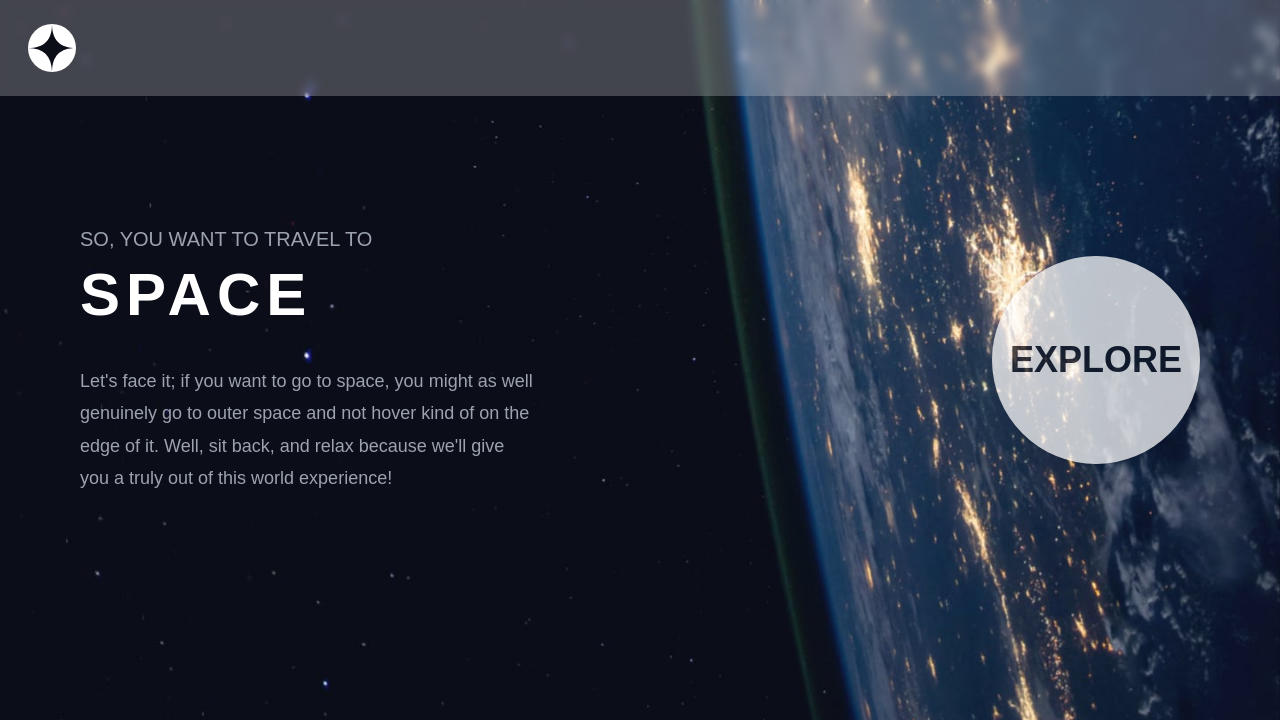
Repository: OmniaRafat232111121/Space-Toursim
Page: /
The author's editor kept a copy of each file at every save. The page is drawn from the files as they stood at one save, then again after a run of saves.
The browser window is 1280 px wide. The pictures show the whole page.
Some web fonts or font styles are not loaded; a fallback is used. The project was rebuilt for these pictures with package versions that can differ from the ones it lists, and the page was loaded fresh each time. Also part of the build but not shown: src/components/Destination.js, src/components/Crew.js, src/components/Technology.js, src/components/Error.js.

Above is the page before, as saved 2022-08-09 15:29:49.

After the next 4 saves:
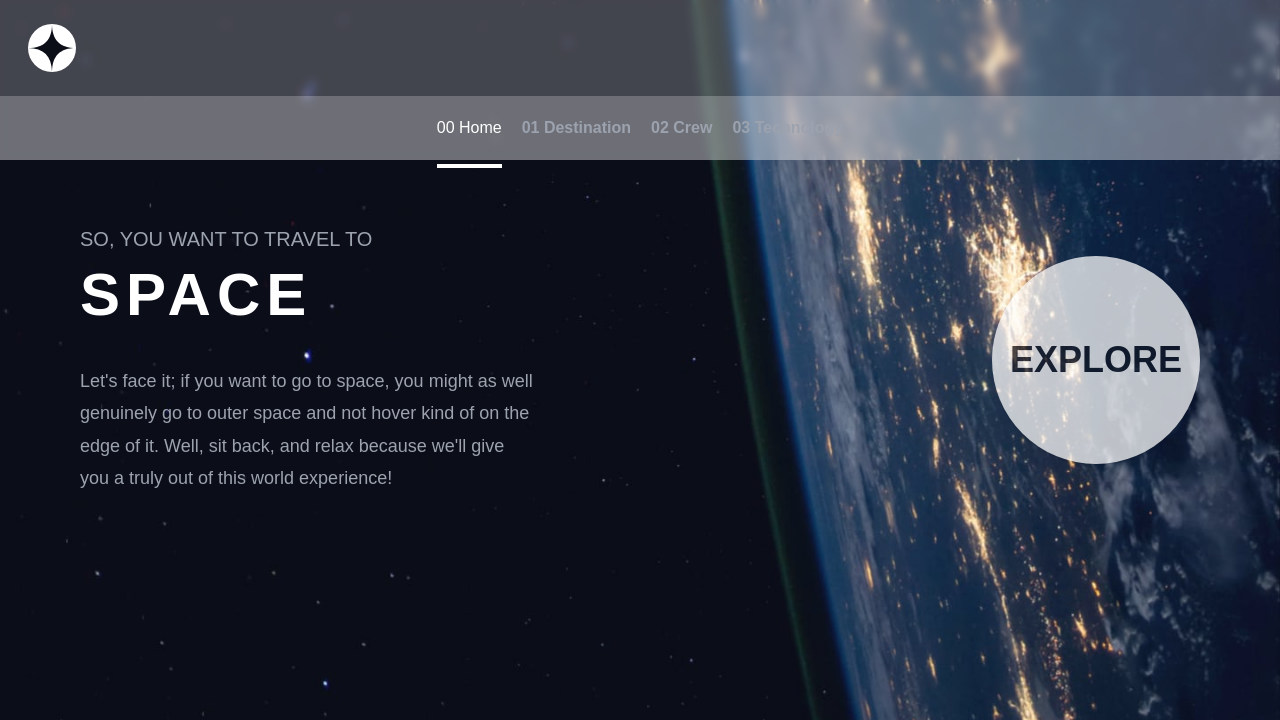
The 4 saves are shown as one change because 1 did not build or start and some came seconds apart.
The last was saved 21 s later.
--- a/src/index.css
+++ b/src/index.css
@@ -77,7 +77,7 @@
 }
 
 @media (min-width: 768px) {
-  /* .menu {
+  .menu {
     display: none;
   }
 
@@ -98,8 +98,8 @@
 
   .header nav ul li {
     margin: 0 10px;
-  } */
-} */
+  }
+}
 
 .home {
   background: url("./starter-code/assets/home/background-home-mobile.jpg")

After the 3 saves that followed:
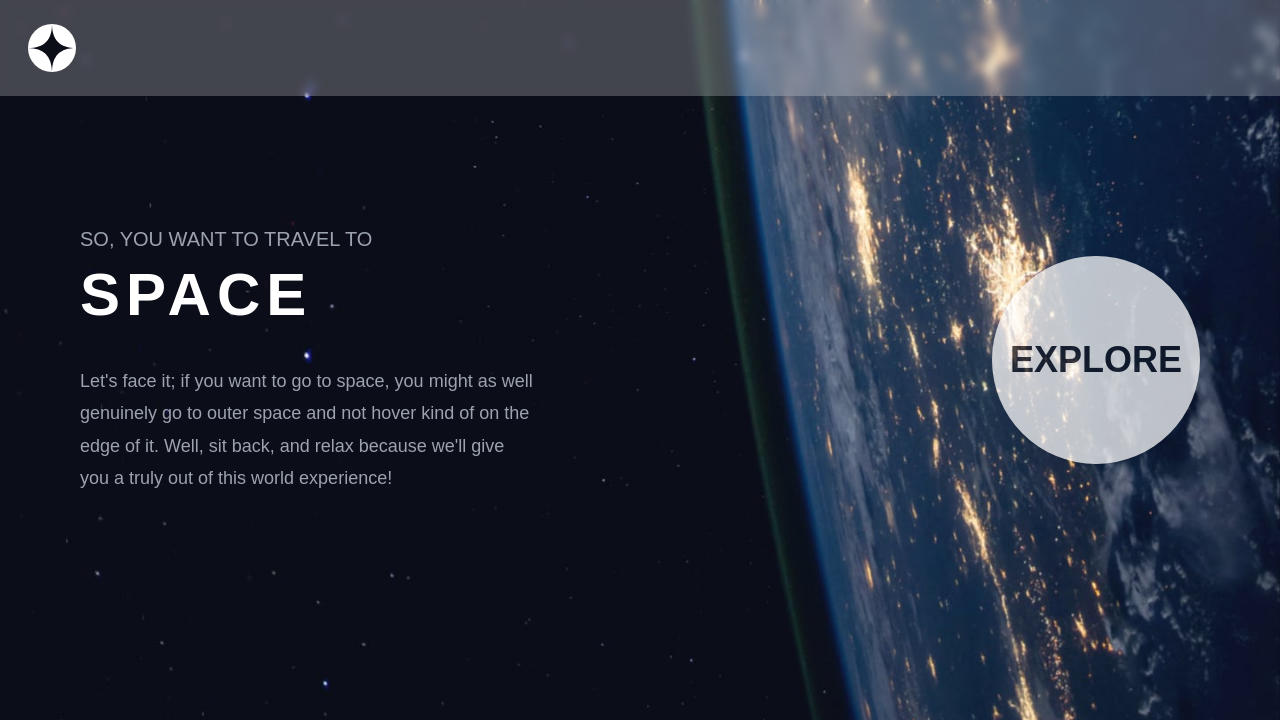
The 3 saves are shown as one change because 1 left the picture as it was and some came seconds apart.
The last was saved 38 s later.
--- a/src/index.css
+++ b/src/index.css
@@ -76,7 +76,7 @@
   display: block;
 }
 
-@media (min-width: 768px) {
+/* @media (min-width: 768px) {
   .menu {
     display: none;
   }
@@ -99,7 +99,7 @@
   .header nav ul li {
     margin: 0 10px;
   }
-}
+}  */
 
 .home {
   background: url("./starter-code/assets/home/background-home-mobile.jpg")
